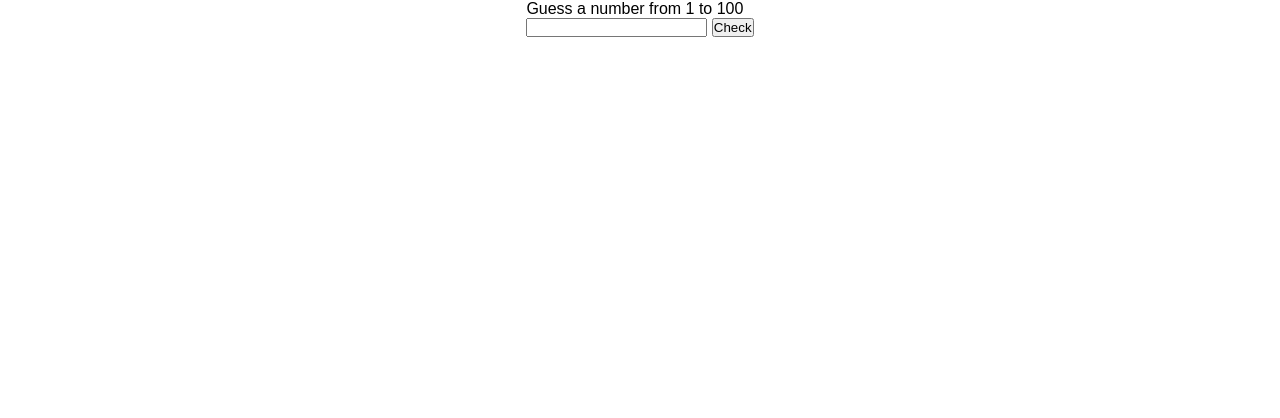
Repository: Ankitkr2021/Guess_Game
Page: index.html
These files come from the project's save history. The page is drawn as it stood at one moment and after the next save; the edit follows.
The browser window is 1280 px wide. The pictures show the whole page.

Above is the page before, as saved 2025-09-30 17:11:55.

After the next save:
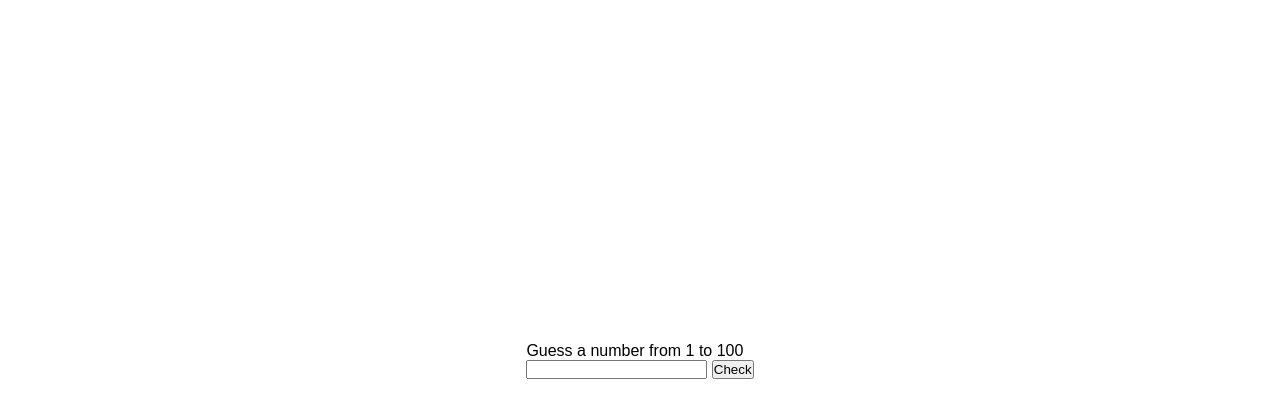
Saved 11 s later.
--- a/style.css
+++ b/style.css
@@ -12,4 +12,6 @@ body{
     display: flex;
     justify-content: center;
     align-items: center;
+    height: 100vh;
+    width: 100%;
 }
